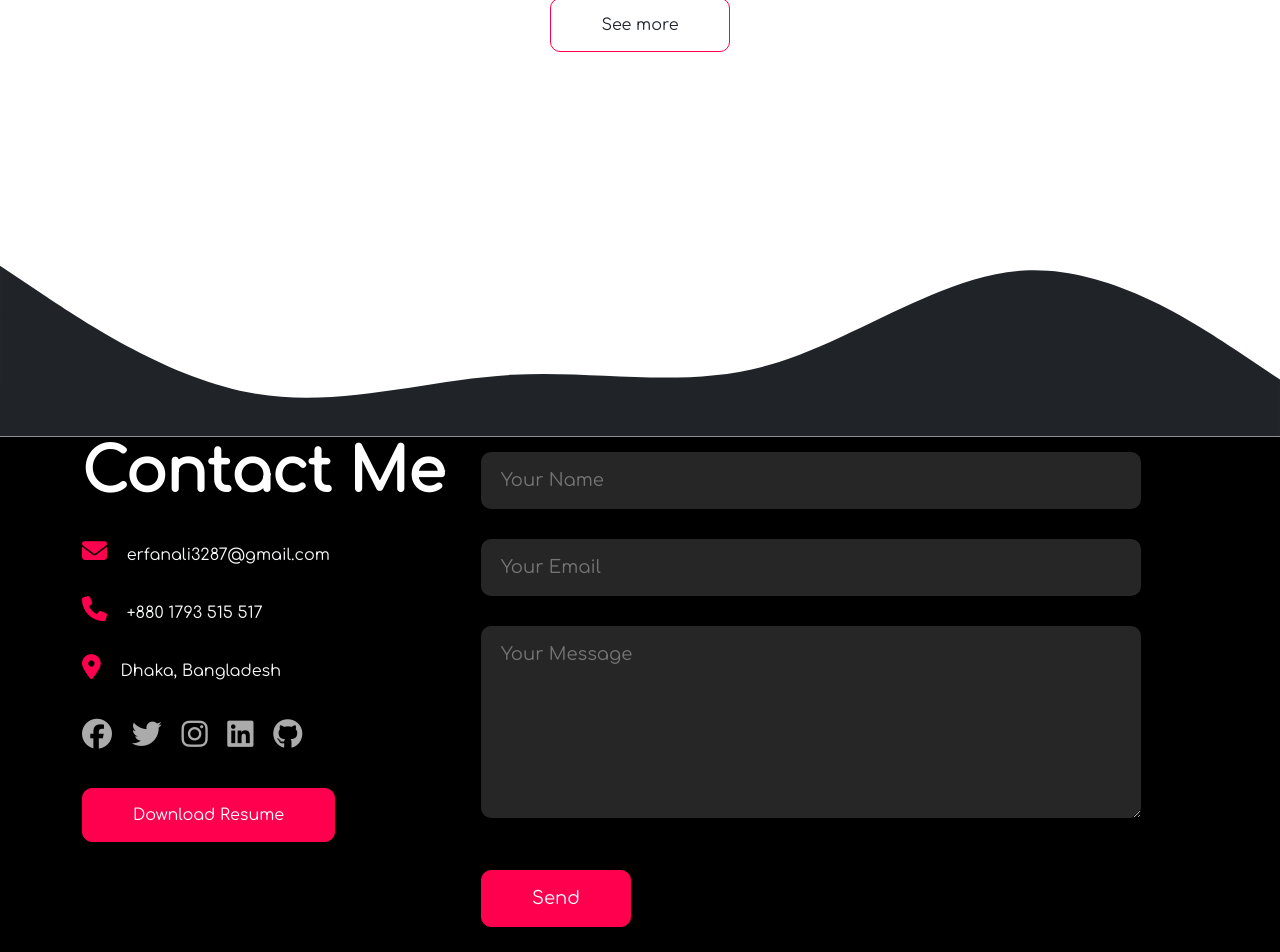
Repository: MMALI3287/Resume
Page: index.html
These files come from the project's save history. The page is drawn as it stood at one moment and after the next save; the edit follows.
The browser window is 1280 px wide. The pictures show the part of the page from y = 5548 to 6500 px (the page is 6595 px tall).
A picture or video elsewhere on the page could not be fetched, so the positions and the page height are approximate. Some web libraries are served in a nearby version.

Above is the page before, as saved 2023-07-15 23:24:49.

After the next save:
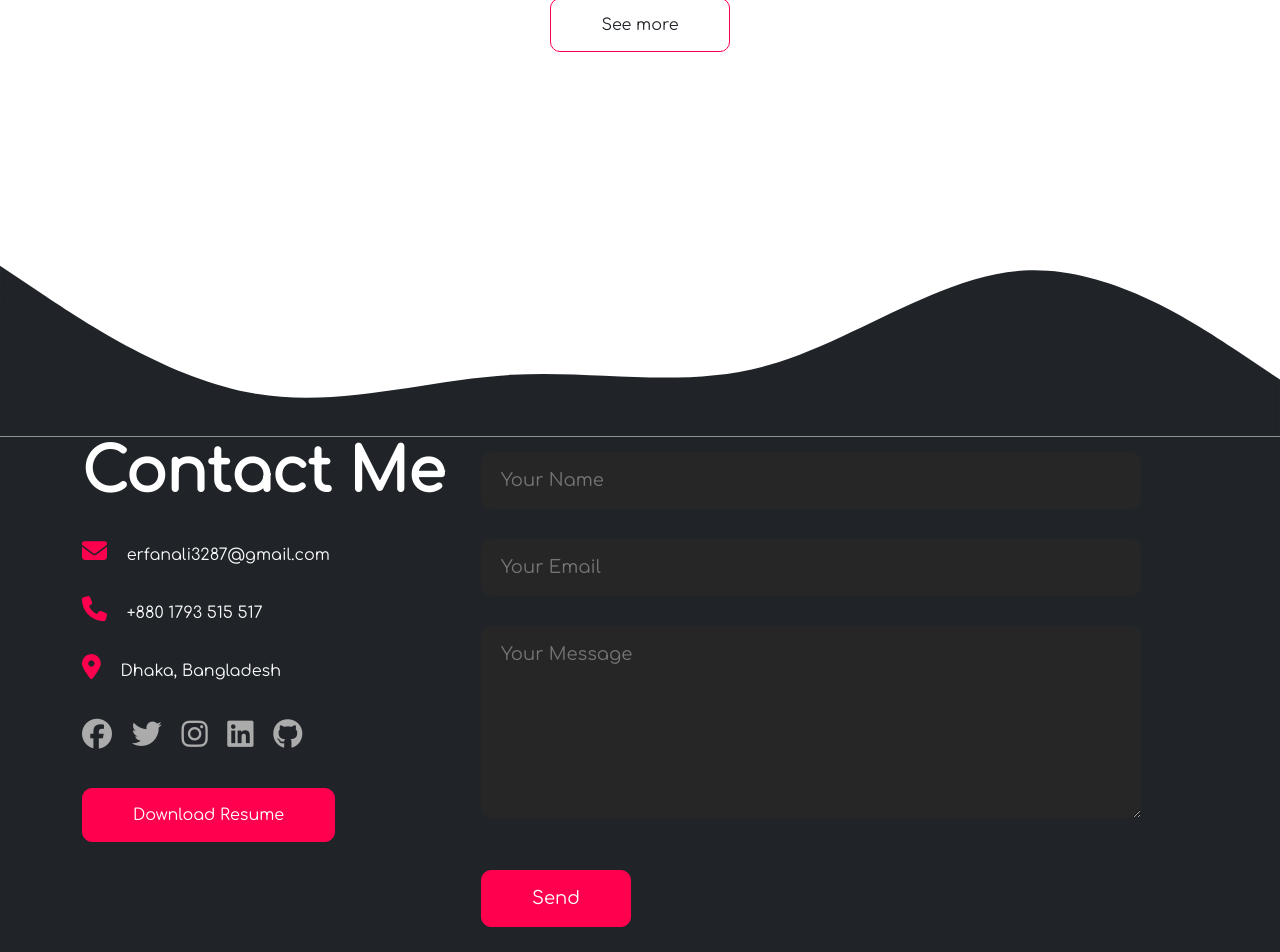
Saved 71 s later.
--- a/css/style.css
+++ b/css/style.css
@@ -367,7 +367,7 @@
 /* * contact */
 
 #contact {
-  background-color: #000;
+  background-color: #202429;
 }
 
 .contact-left {
